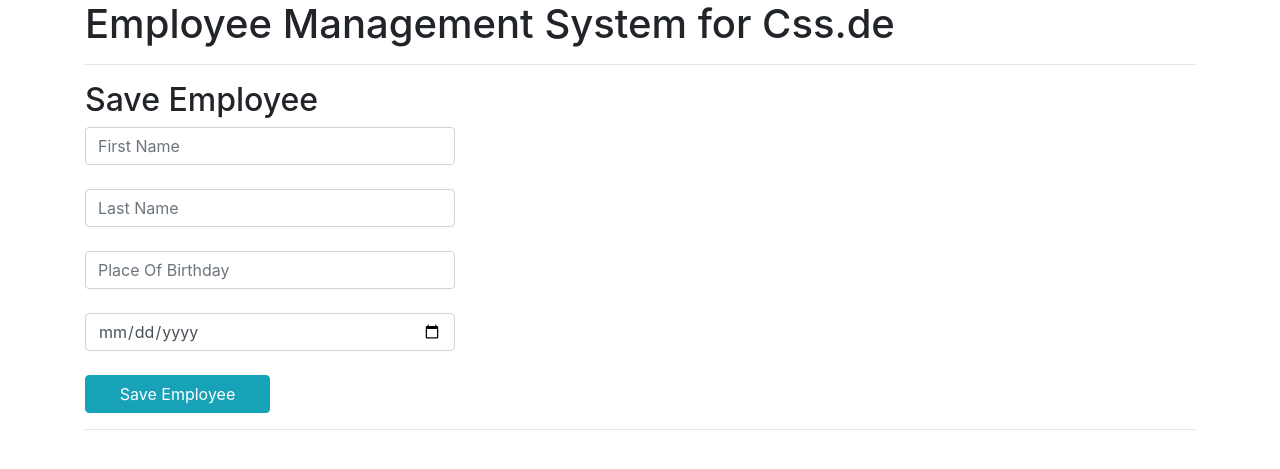
Repository: Len2/Topic4
Page: src/main/resources/templates/newIdCard.html
The author's editor kept a copy of each file at every save. The page is drawn from the files as they stood at one save, then again after the next save.
The browser window is 1280 px wide. The pictures show the whole page.

Above is the page before, as saved 2020-09-06 17:42:17.

### src/main/resources/templates/newIdCard.html
<!DOCTYPE html>
<html lang="en" xmlns:th="http://www.thymeleaf.org">
<head>
<meta charset="ISO-8859-1">
<title>Employee Management System for Css.de</title>
<link rel="stylesheet"
	href="https://stackpath.bootstrapcdn.com/bootstrap/4.1.3/css/bootstrap.min.css"
	integrity="sha384-MCw98/SFnGE8fJT3GXwEOngsV7Zt27NXFoaoApmYm81iuXoPkFOJwJ8ERdknLPMO"
	crossorigin="anonymous">
</head>
<body>
	<div class="container">
		<h1>Employee Management System for Css.de</h1>
		<hr>
		<h2>Save Employee</h2>

		<form action="#" th:action="@{/saveIdCard}" th:object="${identity_card}"
            method="POST">

            <!-- <input type="text" th:field="*{id}" /> -->
			<input type="text" th:field="*{firstName}"
            placeholder="First Name" class="form-control mb-4 col-4">

            <input type="text" th:field="*{lastName}"
            placeholder="Last Name" class="form-control mb-4 col-4">

            <input type="text" th:field="*{placeOfBirthday}"
            placeholder="Place Of Birthday" class="form-control mb-4 col-4">

            <input type="date" th:field="*{dateOfBirthday}"
             class="form-control mb-4 col-4">

				<button type="submit" class="btn btn-info col-2"> Save Employee</button>
		</form>

		<hr>

		<!-- <a th:href = "@{/}"> Back to Employee List</a> -->
	</div>
</body>
</html>

After the next save:
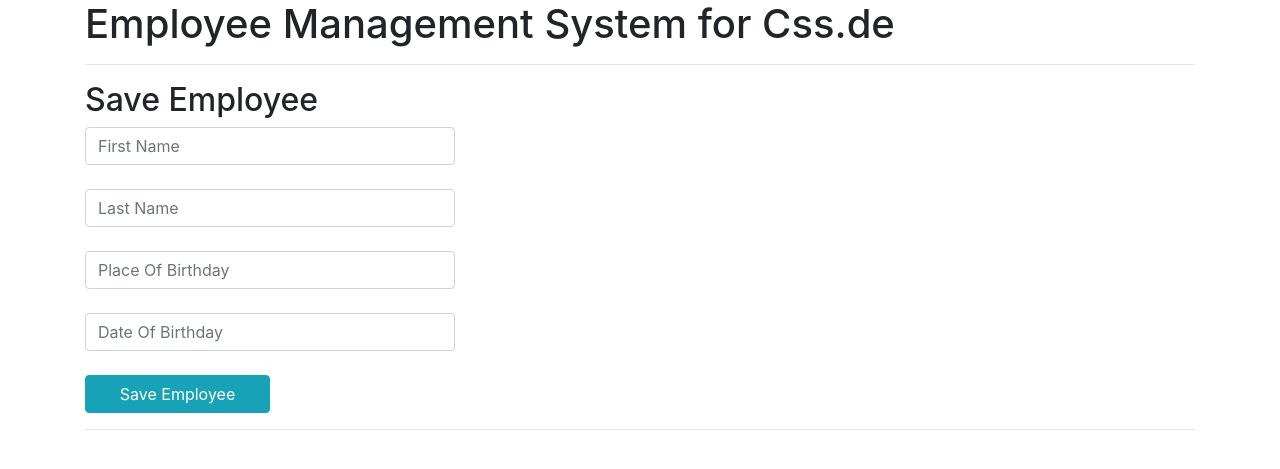
Saved 23 s later.
--- a/src/main/resources/templates/newIdCard.html
+++ b/src/main/resources/templates/newIdCard.html
@@ -27,8 +27,8 @@
             <input type="text" th:field="*{placeOfBirthday}"
             placeholder="Place Of Birthday" class="form-control mb-4 col-4">
 
-            <input type="date" th:field="*{dateOfBirthday}"
-             class="form-control mb-4 col-4">
+            <input type="datetime" th:field="*{dateOfBirthday}"
+            placeholder="Date Of Birthday" class="form-control mb-4 col-4">
 
 				<button type="submit" class="btn btn-info col-2"> Save Employee</button>
 		</form>
